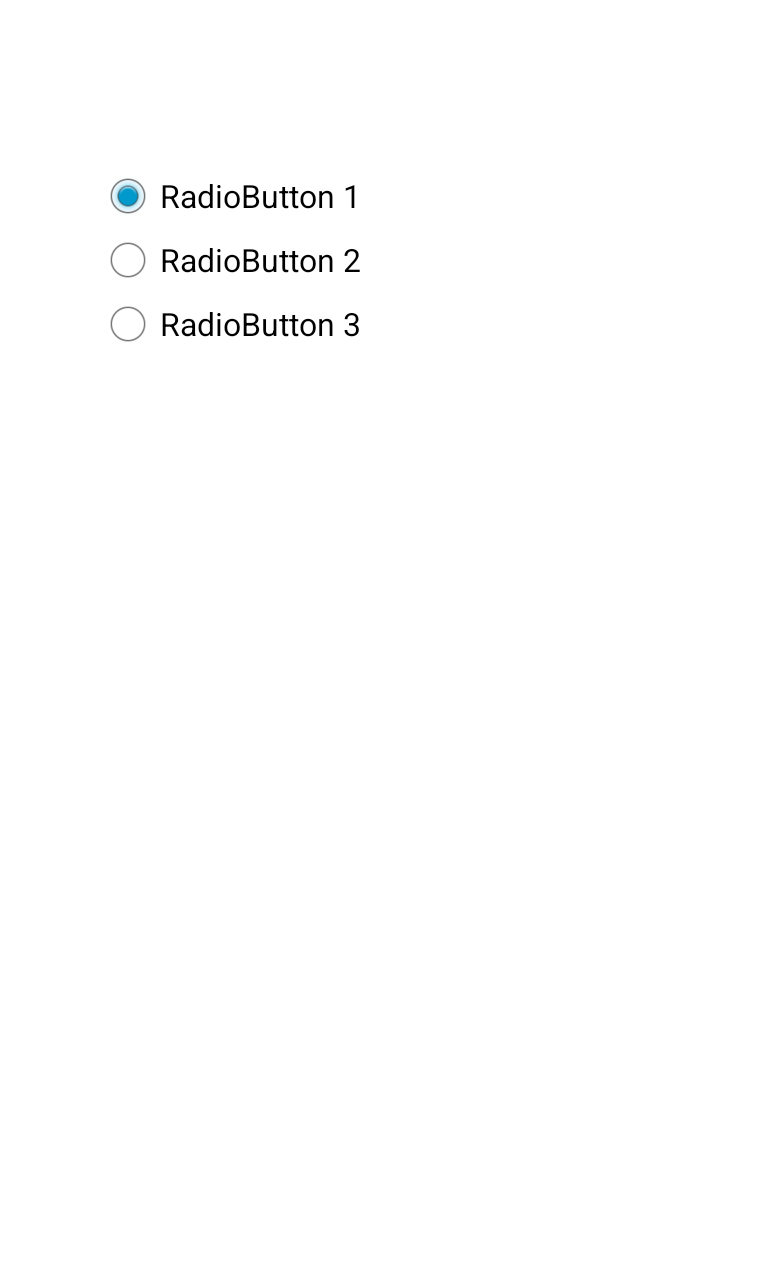
Repository: nicolas2lee/SpO2
Layout: testRadioGroup/res/layout/activity_main.xml
These files come from the project's save history. The layout is drawn as it stood at one moment and after the next save; the edit follows.
It is drawn on a 768 x 1280 px phone screen (xhdpi) without system bars, with theme AppTheme; the app's code is not run.

Above is the layout before, as saved 2016-01-21 09:58:52.

### testRadioGroup/res/layout/activity_main.xml
<RelativeLayout xmlns:android="http://schemas.android.com/apk/res/android"
    xmlns:tools="http://schemas.android.com/tools"
    android:layout_width="match_parent"
    android:layout_height="match_parent" >

    <RadioGroup
        android:id="@+id/radioGroup1"
        android:layout_width="wrap_content"
        android:layout_height="wrap_content"
        android:layout_alignParentLeft="true"
        android:layout_alignParentTop="true"
        android:layout_marginLeft="48dp"
        android:layout_marginTop="82dp" >

        <RadioButton
            android:id="@+id/radio0"
            android:layout_width="wrap_content"
            android:layout_height="wrap_content"
            android:checked="true"
            android:text="RadioButton 1" />

        <RadioButton
            android:id="@+id/radio1"
            android:layout_width="wrap_content"
            android:layout_height="wrap_content"
            android:text="RadioButton 2" />

        <RadioButton
            android:id="@+id/radio2"
            android:layout_width="wrap_content"
            android:layout_height="wrap_content"
            android:text="RadioButton 3" />

    </RadioGroup>

</RelativeLayout>

Loaded but not shown: testRadioGroup/res/values/styles.xml (common file); testRadioGroup/res/values-v11/styles.xml (common file); testRadioGroup/res/values-v14/styles.xml (common file)

After the next save:
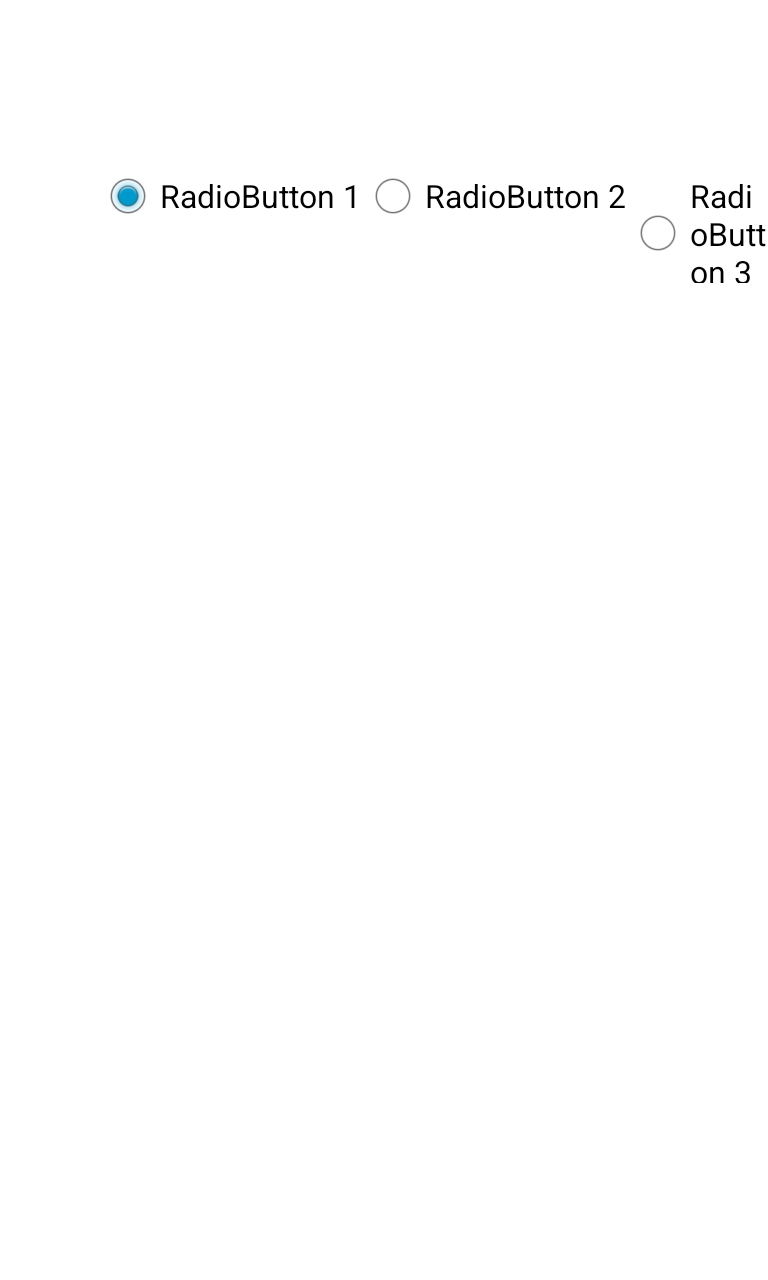
Saved 3 h 48 min later.
--- a/testRadioGroup/res/layout/activity_main.xml
+++ b/testRadioGroup/res/layout/activity_main.xml
@@ -10,7 +10,8 @@
         android:layout_alignParentLeft="true"
         android:layout_alignParentTop="true"
         android:layout_marginLeft="48dp"
-        android:layout_marginTop="82dp" >
+        android:layout_marginTop="82dp"
+        android:orientation="horizontal">>
 
         <RadioButton
             android:id="@+id/radio0"
